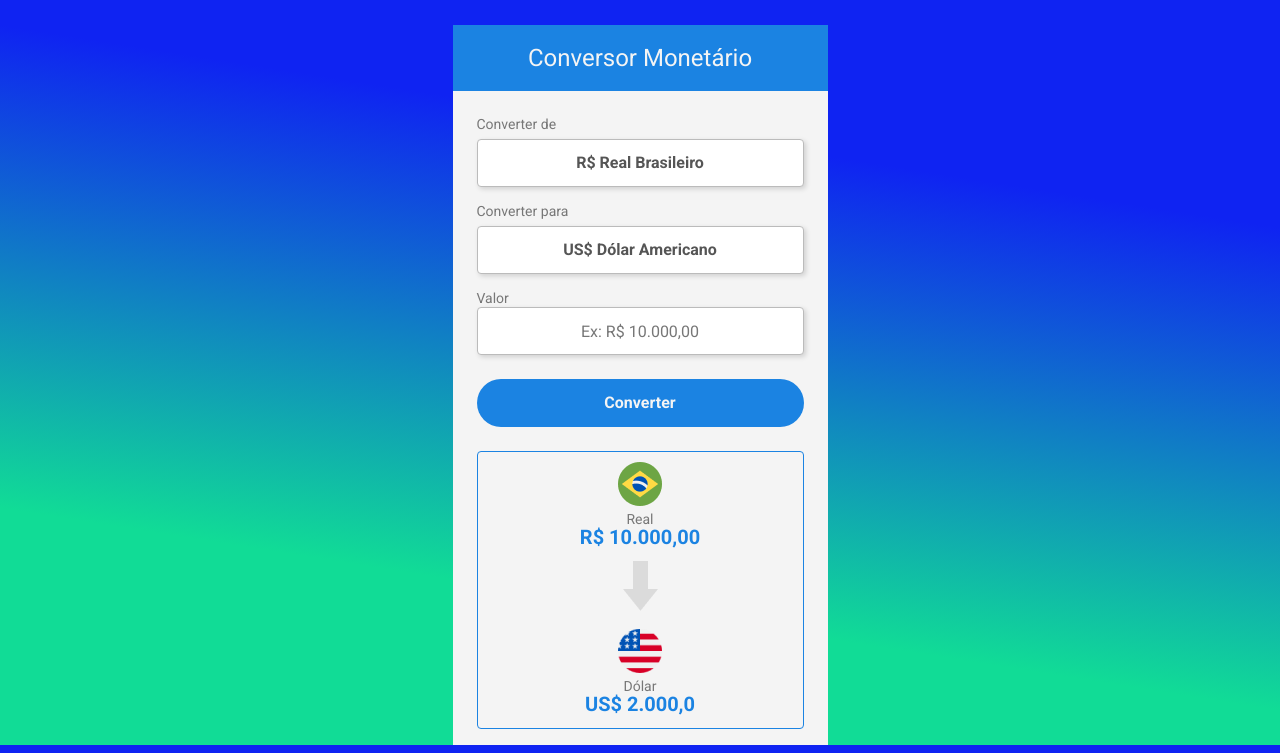
Repository: isayrous/coin-converter
Page: index.html
The author's editor kept a copy of each file at every save. The page is drawn from the files as they stood at one save, then again after the next save.
The browser window is 1280 px wide. The pictures show the whole page.

Above is the page before, as saved 2022-10-21 08:45:32.

After the next save:
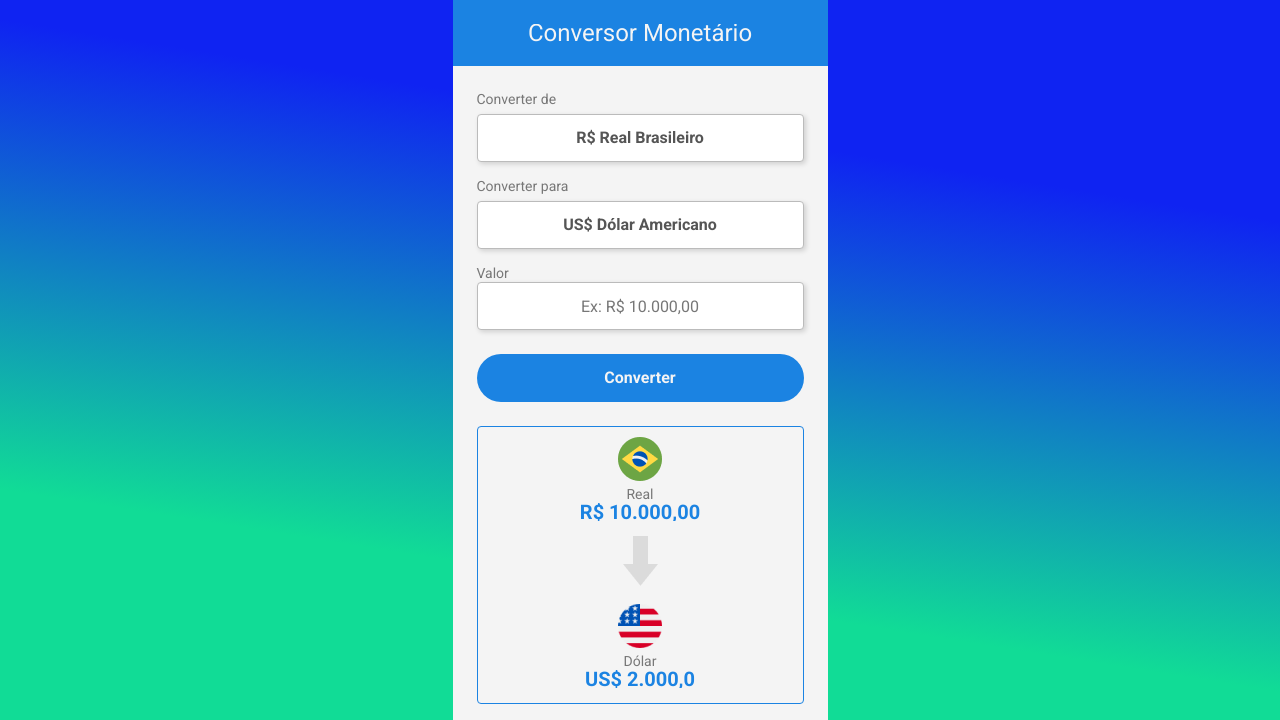
Saved 12 days later.
--- a/style.css
+++ b/style.css
@@ -6,13 +6,13 @@
     font-style: normal;
     font-weight: normal;
     line-height: 18px;
+    overflow-x: hidden;
 }
 
 body{
     background: linear-gradient(189deg, rgba(15,35,242,1) 24%, rgba(17,220,150,1) 75%);
     width: 100vw;
     height: 100vh;
-    margin-top: 25px;
     display: flex;
     justify-content: center;
 }
